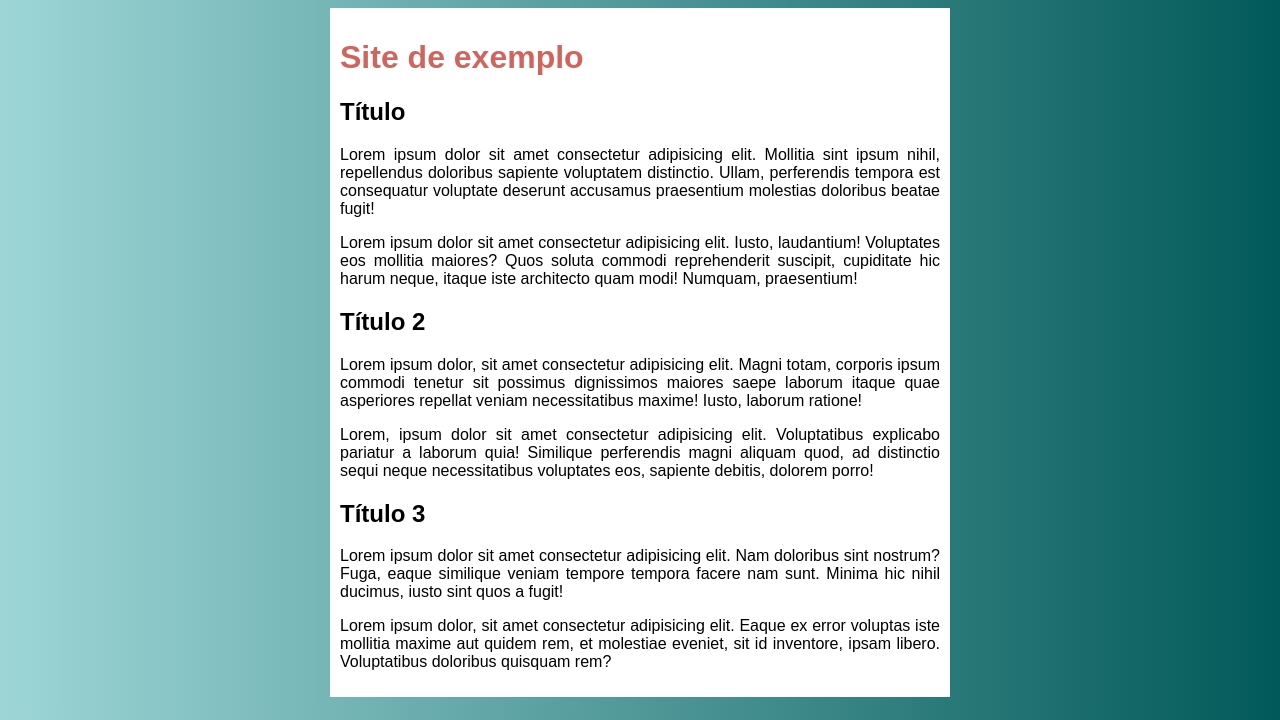
Repository: pheonix5/Estudo
Page: html-css/exercicios/ex016/cor03.html
These files come from the project's save history. The page is drawn as it stood at one moment and after the next save; the edit follows.
The browser window is 1280 px wide. The pictures show the whole page.

Above is the page before, as saved 2023-08-10 21:51:53.

After the next save:
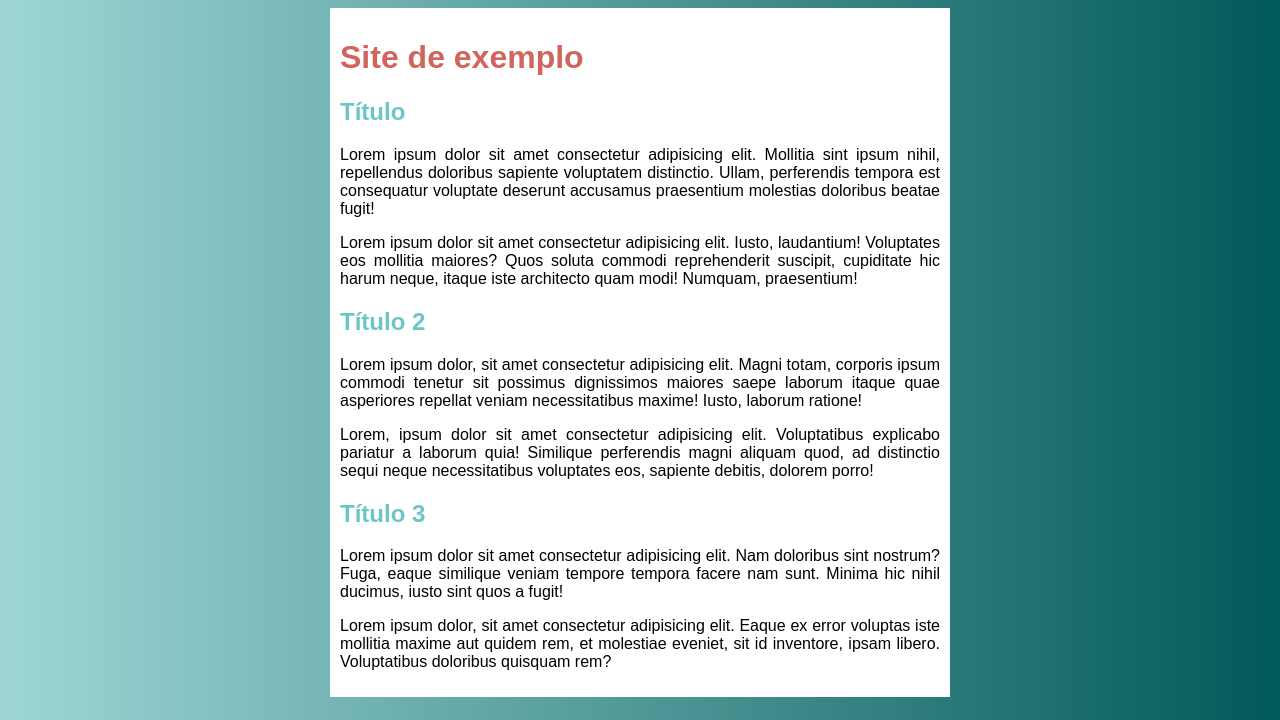
Saved 12 s later.
--- a/html-css/exercicios/ex016/style.css
+++ b/html-css/exercicios/ex016/style.css
@@ -21,7 +21,7 @@ h1{
 }
 
 h2{
-  #6CC5C6
+  color: #6CC5C6;
 }
 
 p{
